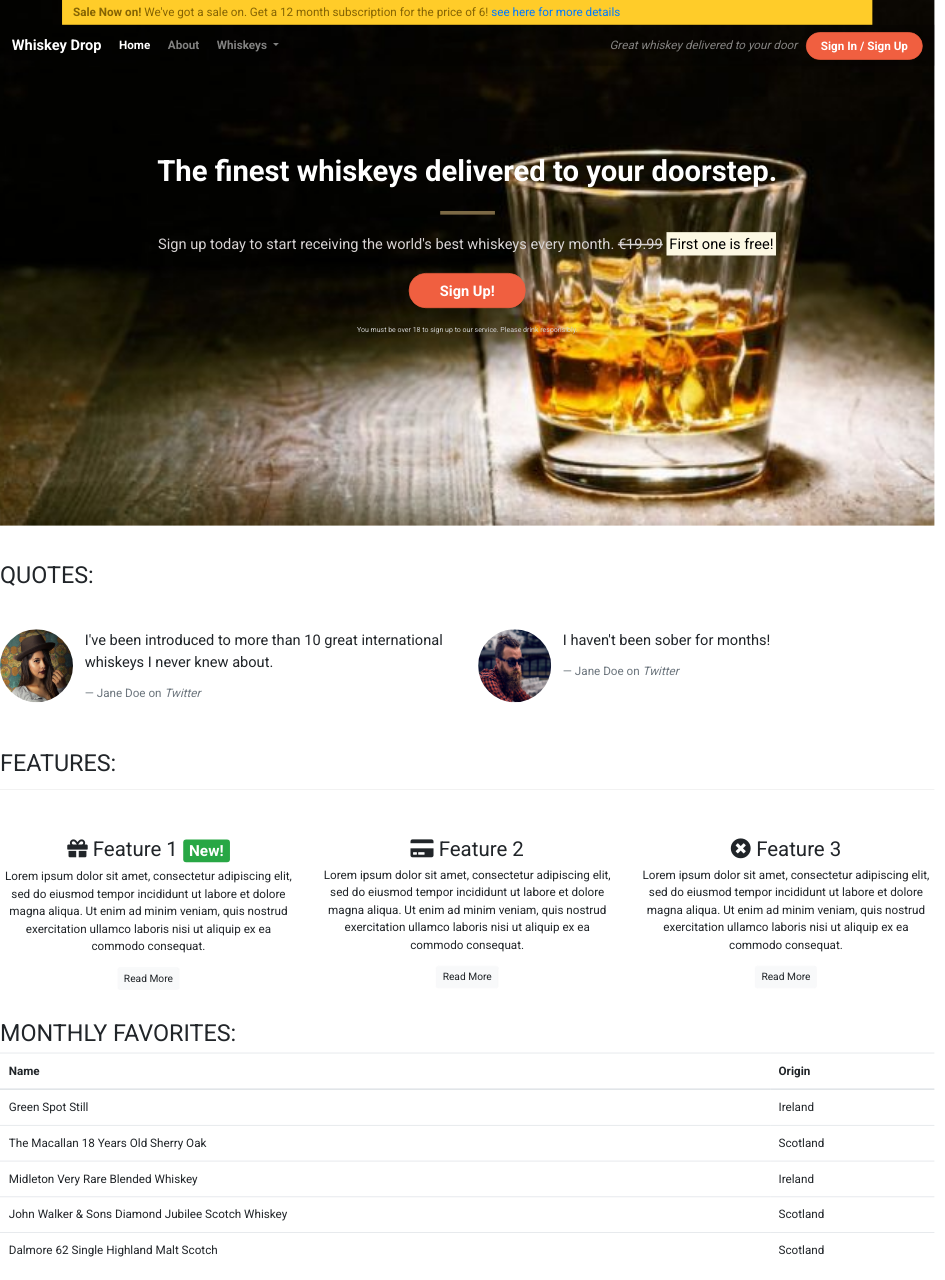
Repository: grisselfaura/BootstrappingYourNextBigIdea-BS4
Page: index.html
The author's editor kept a record of every edit. The page is drawn from the files as they stood at one moment, then again after the next edit.
The browser window is 1280 px wide. The page is 1295 px wide, so the pictures cover 1295 px, including what lies to the right of the window. The pictures show the whole page, at 73% of full size.
Backgrounds fixed to the window are drawn as part of the page. Some web libraries are served in a nearby version.

Above is the page before.

### index.html
<!DOCTYPE html>
<html lang="en-us">

<head>
    <meta charset="utf-8">
    <meta name="viewport" content="width=device-width, initial-scale=1.0">
    <title>Whiskey Drop | Taste a new whiskey every month</title>
    <link rel="stylesheet" href="https://maxcdn.bootstrapcdn.com/bootstrap/4.1.3/css/bootstrap.min.css">
    <link rel="stylesheet" href="https://use.fontawesome.com/releases/v5.6.1/css/all.css" integrity="sha384-gfdkjb5BdAXd+lj+gudLWI+BXq4IuLW5IT+brZEZsLFm++aCMlF1V92rMkPaX4PP" crossorigin="anonymous">
    <link href="https://fonts.googleapis.com/css?family=Roboto:400,700&display=swap" rel="stylesheet">
    <link rel="stylesheet" href="css/style.css" type="text/css" />
</head>

<body>
    <div class="container-fluid navalert-container">
        <div class="container alert-container">
            <div class="row d-none d-sm-block">
                <div class="col-12">
                    <div class="site-wide-alert alert-warning">
                        <strong>Sale Now on!</strong> We've got a sale on. Get a 12 month subscription for the price of 6! <a href="">see here for more details</a>
                    </div>
                </div>
            </div>
        </div>
        <nav class="navbar navbar-dark navbar-expand-sm">
            <a href="/" class="navbar-brand">Whiskey Drop</a>

            <button class="navbar-toggler ml-auto" type="button" data-toggle="collapse" data-target="#navbarNavDropdown" aria-controls="navbarNavDropdown" aria-expanded="false" aria-label="Toggle navigation">
            <span class="navbar-toggler-icon"></span></button>

                <div class="collapse navbar-collapse" id="navbarNavDropdown">
                    <ul class="navbar-nav mr-auto">
                        <li class="active nav-item mr-2"><a class="nav-link" href="/">Home</a></li>
                        <li class="nav-item mr-2"><a class="nav-link" href="">About</a></li>
                        <li class="nav-item dropdown">
                            <a class="nav-link dropdown-toggle" href="#" id="navbarDropdownMenuLink" role="button" data-toggle="dropdown" aria-haspopup="true" aria-expanded="false">
                  Whiskeys
            </a>
                    <div class="dropdown-menu" aria-labelledby="navbarDropdownMenuLink">
                        <a class="dropdown-item" href="#">Irish</a>
                        <a class="dropdown-item" href="#">Scotch</a>
                        <a class="dropdown-item" href="#">Japanese</a>
                        <a class="dropdown-item" href="#">American</a>
                    </div>
                </li>

                <li class="nav-item mr-2 d-block d-sm-none"><a class="nav-link" href="">Sign In / Sign Up</a></li>
            </ul>
        </div>
        <div class="d-none d-md-block">
            <p class="navbar-text my-auto mr-2"><i>Great whiskey delivered to your door</i></p>
            <a href="/login" class="btn btn--cta btn--red">Sign In / Sign Up</a>
        </div>
        <!--</div>-->
    </nav>
    </div>
        <!-- Callout -->
    <div class="container-fluid callout-container">
        <div class="opaque-overlay">&nbsp;</div>
        <div class="row">
            <div class="col-12">
                <section class="callout jumbotron text-center">
                    <h1 class="jumbotron-header">The finest whiskeys delivered to your doorstep.</h1>
                    <hr class="block-divider block-divider--orange">

                    <p class="lead">Sign up today to start receiving the world's best whiskeys every month.
                        <s class="d-none d-sm-inline">€19.99</s>
                        <span class="d-inline d-sm-none"><br></span>
                        <strong><mark>First one is free!</mark></strong></p>
                    <p><button class="btn btn-lg btn--cta btn--red" data-toggle="modal" data-target="#signUpModal">Sign Up!</button></p>
                    <p class="text-muted"><small>You must be over 18 to sign up to our service. Please drink responsibly.</small></p>
                </section>
            </div>
        </div>
    </div>
        <!-- /.callout -->

        <!-- Quotes -->
        <div class="cointainer quotes-container">
        <section class="quotes">
            <div class="row">
                <div class="col-12 my-5">
                    <h2 class="text-uppercase">Quotes:</h2>
                </div>
            </div>
            <div class="row">
                <div class="col-12 col-md-6">
                    <div class="media">
                        <div class="d-none d-sm-block">
                            <img src="images/girl-image.png" class="rounded-circle mr-3" height=100 width=100>
                        </div>
                        <div class="media-body">
                            <blockquote class="blockquote">
                                <p>I've been introduced to more than 10 great international whiskeys I never knew about.</p>
                                <footer class="blockquote-footer">Jane Doe on <cite title="Twitter">Twitter</cite></footer>
                            </blockquote>
                        </div>
                    </div>
                </div>
                <div class="col-12 col-md-6">
                    <div class="media">
                        <div class="d-none d-sm-block">
                            <img src="images/guy-image.png" class="rounded-circle mr-3" height=100 width=100>
                        </div>
                        <div class="media-body">
                            <blockquote class="blockquote">
                                <p>I haven't been sober for months!</p>
                                <footer class="blockquote-footer">Jane Doe on <cite title="Twitter">Twitter</cite></footer>
                            </blockquote>
                        </div>
                    </div>
                </div>
            </div>
        </section>
        <!-- /.quotes -->
    </div>
        <!-- Features -->
        <div class="features-container">
        <section class="features">
            <div class="row">
                <div class="col-12 my-5">
                    <h2 class="text-uppercase">Features:</h2>
                    <hr />
                </div>
            </div>
            <div class="row">
                <div class="col-12 col-md-6 col-lg-4">
                    <div class="feature">
                        <h3><i class="fas fa-gift d-none d-sm-inline"></i> Feature 1 <span class="badge badge-success">New!</span></h3>
                        <p>Lorem ipsum dolor sit amet, consectetur adipiscing elit, sed do eiusmod tempor incididunt ut labore et dolore magna aliqua. Ut enim ad minim veniam, quis nostrud exercitation ullamco laboris nisi ut aliquip ex ea commodo consequat.</p>
                        <p><a class="btn btn-sm btn-light" href="">Read More</a></p>
                    </div>
                </div>
                <div class="col-12 col-md-6 col-lg-4">
                    <div class="feature">
                        <h3><i class="fas fa-credit-card d-none d-sm-inline"></i> Feature 2</h3>
                        <p>Lorem ipsum dolor sit amet, consectetur adipiscing elit, sed do eiusmod tempor incididunt ut labore et dolore magna aliqua. Ut enim ad minim veniam, quis nostrud exercitation ullamco laboris nisi ut aliquip ex ea commodo consequat.</p>
                        <p><a class="btn btn-sm btn-light" href="">Read More</a></p>
                    </div>
                </div>
                <div class="col-12 d-md-none d-lg-block col-lg-4">
                    <div class="feature">
                        <h3><i class="fas fa-times-circle d-none d-sm-inline"></i> Feature 3</h3>
                        <p>Lorem ipsum dolor sit amet, consectetur adipiscing elit, sed do eiusmod tempor incididunt ut labore et dolore magna aliqua. Ut enim ad minim veniam, quis nostrud exercitation ullamco laboris nisi ut aliquip ex ea commodo consequat.</p>
                        <p><a class="btn btn-sm btn-light" href="">Read More</a></p>
                    </div>
                </div>
            </div>
        </section>
        <!-- /.features -->
        <section class="Monthly favorites">
             <h2 class="text-uppercase">Monthly favorites:</h2>
             <table class="table">
          <thead>
            <tr>
              <th scope="col">Name</th>
              <th scope="col">Origin</th>
            </tr>
          </thead>
          <tbody>
            <tr>
              <td>Green Spot Still</td>
              <td>Ireland</td>
            </tr>
            <tr>
              <td>The Macallan 18 Years Old Sherry Oak</td>
              <td>Scotland</td>
            </tr>
            <tr>
              <td>Midleton Very Rare Blended Whiskey</td>
              <td>Ireland</td>
             </tr>
            <tr>
              <td>John Walker & Sons Diamond Jubilee Scotch Whiskey</td>
              <td>Scotland</td>
             </tr>
              <tr>
              <td>Dalmore 62 Single Highland Malt Scotch</td>
              <td>Scotland</td>
             </tr>
          </tbody>
            </table>
        </section>
    </div>

    <div class="modal" tabindex="-1" role="dialog" id="signUpModal">
        <div class="modal-dialog" role="document">
            <div class="modal-content">
                <div class="modal-header">
                    <h5 class="modal-title">Sign Up To Whiskey Drop!</h5>
                    <button type="button" class="close" data-dismiss="modal" aria-label="Close">
          <span aria-hidden="true">&times;</span>
        </button>
                </div>
                <div class="modal-body">
                    <form>
                        <div class="form-group">
                            <label for="exampleInputEmail1">Email address</label>
                            <input type="email" class="form-control" id="exampleInputEmail1" aria-describedby="emailHelp" placeholder="Enter email">
                            <small id="emailHelp" class="form-text text-muted">We'll never share your email with anyone else.</small>
                        </div>
                        <div class="form-group">
                            <label for="password">Password</label>
                            <input type="password" class="form-control" id="password" placeholder="Password">
                        </div>
                        <div class="form-group">
                            <label for="repeatPassword">Repeat Password</label>
                            <input type="password" class="form-control" id="repeatPassword" placeholder="Repeat Password">
                        </div>
                        <button type="submit" class="btn btn-success">Submit</button>
                    </form>
                </div>
            </div>
        </div>
    </div>

    <script src="https://code.jquery.com/jquery-3.3.1.slim.min.js" integrity="sha384-q8i/X+965DzO0rT7abK41JStQIAqVgRVzpbzo5smXKp4YfRvH+8abtTE1Pi6jizo" crossorigin="anonymous"></script>
    <script src="https://cdnjs.cloudflare.com/ajax/libs/popper.js/1.14.3/umd/popper.min.js" integrity="sha384-ZMP7rVo3mIykV+2+9J3UJ46jBk0WLaUAdn689aCwoqbBJiSnjAK/l8WvCWPIPm49" crossorigin="anonymous"></script>
    <script src="https://stackpath.bootstrapcdn.com/bootstrap/4.1.3/js/bootstrap.min.js" integrity="sha384-ChfqqxuZUCnJSK3+MXmPNIyE6ZbWh2IMqE241rYiqJxyMiZ6OW/JmZQ5stwEULTy" crossorigin="anonymous"></script>
</body>

</html>

### css/style.css
body {
    font-family: 'Roboto', sans-serif;
}

.container-wrapper {}

.container-wrapper--red {
    background-color: #f05f40;
    color: white;
}

.alert-container .col-12{
    padding-left: 0
    padding-right:0;
}

.site-wide-alert {
    border-radius: 0;
    margin-bottom: 0;
    padding: 5px 15px;
    background-color: #ffcc29;
    border-color: #ffcc29;
}

.callout-container {
    height:100vh;
    background: url("../images/Whiskey-background.jpg") no-repeat bottom right fixed;
      -webkit-background-size: cover;
      -moz-background-size: cover;
      -o-background-size: cover;
      background-size: cover;
      display: flex;
      align-items: center;
      justify-content: center;
      position: relative;
}

.opaque-overlay {
    position: absolute;
    top: 0;
    left: 0;
    height: 100%;
    width: 100%
    background-color: rgba(0,0,0,0.5);
}
.quotes-container {}

.features-container {}

/*Page headers*/

.page-header {
    margin bottom: 0;
    border bottom: 0;
    text-align: center;
}

.page-header h2 {
    margin top: 0;
}

/*Block-dividers*/

.block-divider {
    width: 75px;
    height: 5px;
    border: 0;
    background-color: #444;
}

.block-divider--orange {
    background-color: #7c6945;
}

.block-divider--white {
    background-color: white
}

.block-divider--short {
    width: 35px;
}

/*Content containers*/

.content-container {
    padding-top: 75px;
    padding-bottom: 75px;
}

/*Navbar*/

.navalert-container {
    position: absolute;
    top: 0;
    left: 0;
    padding-left: 0;
    padding-right: 0;
    z-index: 1;
}

.navbar {
    margin-bottom: 0;
    border: 0;
    width: 100%;
    background-color: rgba(0,0,0,0.25);
}

.navbar .navbar-toggler {
    border:0;
}

.navbar-brand {
    font-weight: bold;
}

.navbar .navbar-nav a {
    font-weight: bold;
}
/*Jumbotron*/
.jumbotron {
    background-color: transparent;
}

.jumbotron-header {
    color: white;
    font-weight: bold;
    margin-bottom: 30px;
}

.jumbotron .lead {
    margin: 25px;
    color: #d7d3d3;
}

.jumbotron small {
    font-size: 60%;
    font-size: italic;
    color: #d0d0d0;
}

/*Buttons*/
.btn--cta {
    font-weight: bold;
    border-radius: 23px;
    width: 160px;
}

.btn--red {
    color: white;
    background-color: #f05f40;
    border-color:#f05f40;
}

.btn-red:hover,
.btn--red:active,
.btn--red:focus,
.btn--red:active:hover {
    background-color: #c38f84;
    border-color: #c38f84;
}

.feature {
    text-align: center;
    margin-bottom : 40px;
}

.feature i {
    text-align: center;
    margin-bottom : 40px;
}

After the next edit:
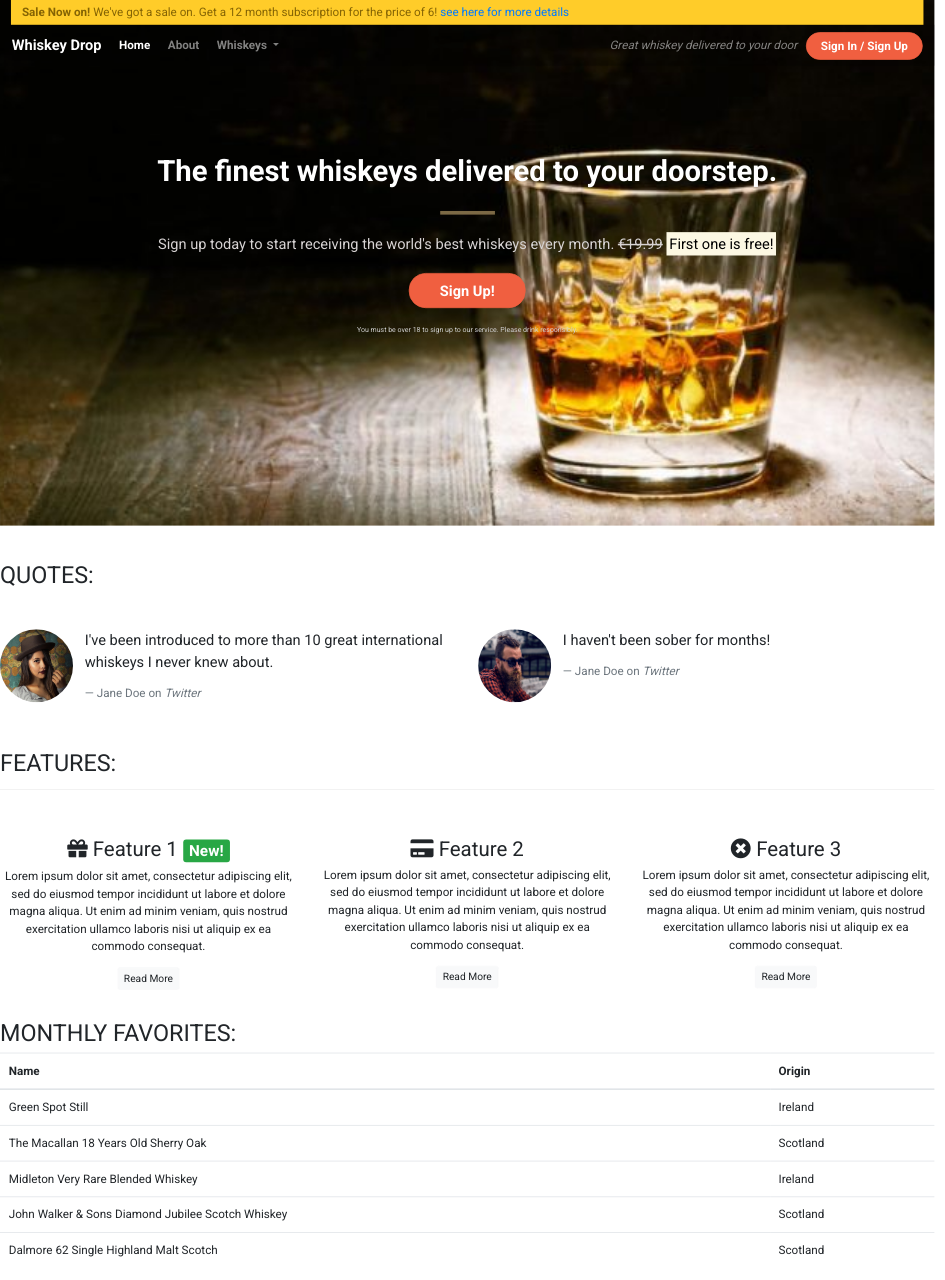
The edit:
--- a/index.html
+++ b/index.html
@@ -13,7 +13,7 @@
 
 <body>
     <div class="container-fluid navalert-container">
-        <div class="container alert-container">
+        <div class="container-fluid alert-container">
             <div class="row d-none d-sm-block">
                 <div class="col-12">
                     <div class="site-wide-alert alert-warning">
